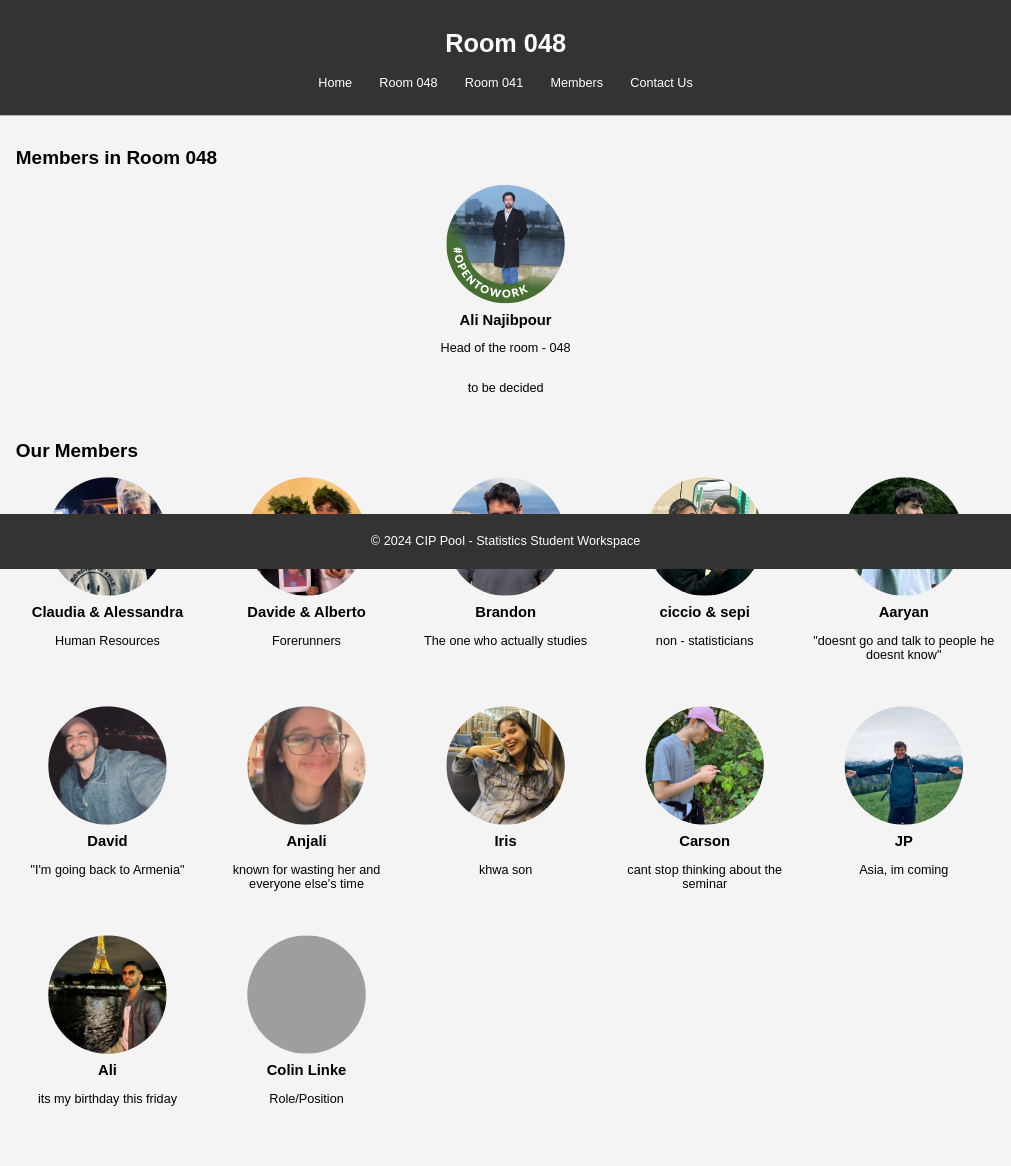
Repository: anjalisarawgi/cip_website
Page: room_048.html
These files come from the project's save history. The page is drawn as it stood at one moment and after the next save; the edit follows.
The browser window is 1280 px wide. The pictures show the whole page, at 79% of full size.
Pictures or frames that could not be fetched are drawn as grey boxes.

Above is the page before, as saved 2024-06-14 14:51:10.

After the next save:
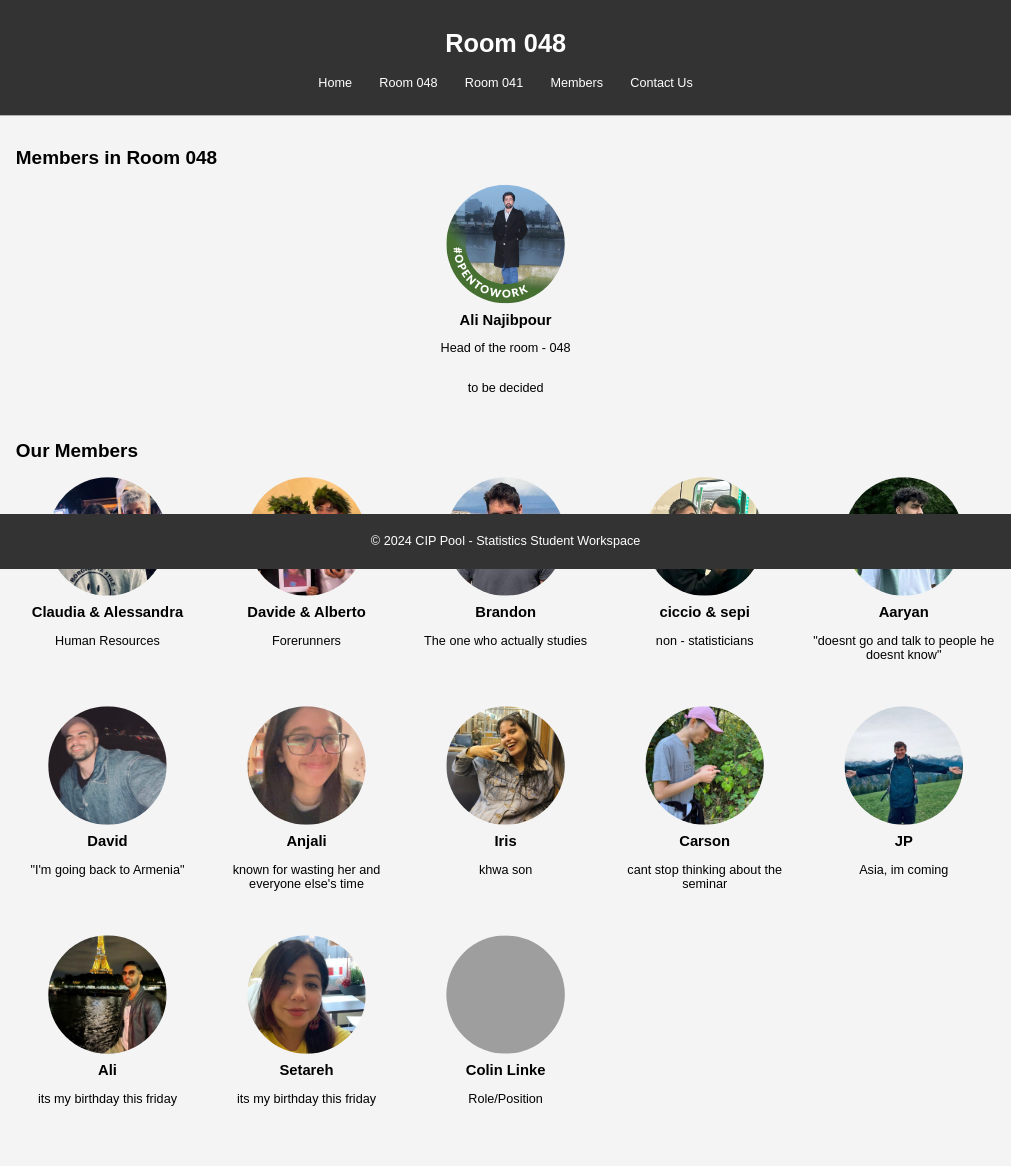
Saved 79 s later.
--- a/room_048.html
+++ b/room_048.html
@@ -116,6 +116,13 @@
                     </div>
                 </div>
                 <div class="member">
+                    <img src="images/setareh.jpg" alt="anjali" class="member-photo">
+                    <div class="member-info">
+                        <h3>Setareh</h3>
+                        <p>its my birthday this friday</p>
+                    </div>
+                </div>
+                <div class="member">
                     <img src="images/member5.jpeg" alt="Member 5" class="member-photo">
                     <div class="member-info">
                         <h3>Colin Linke</h3>
